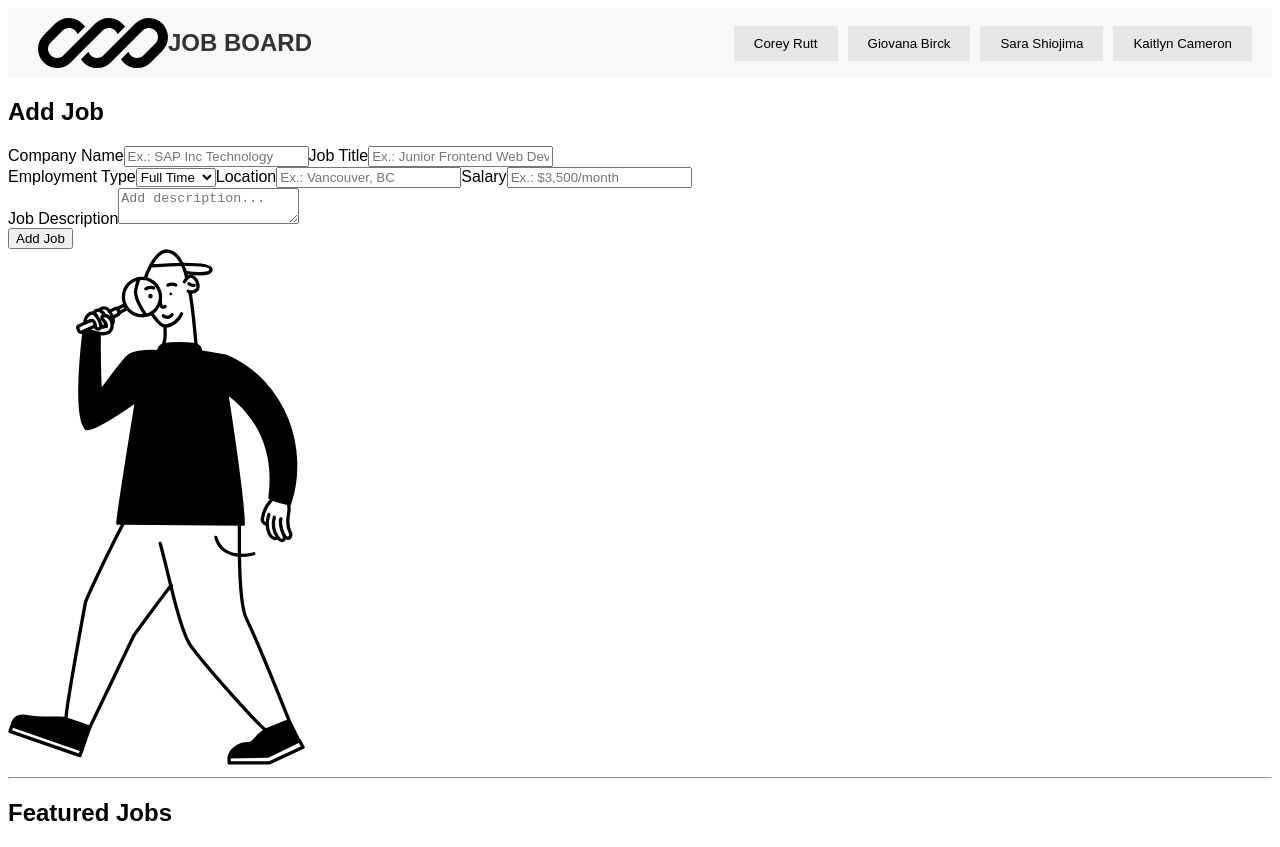
Repository: kcameron37/Final-Project-FrontEnd
Page: /
An editor plug-in stored every save of this project. The page is shown before and after the next save, followed by the edit.
The browser window is 1280 px wide. The pictures show the whole page.
The project was rebuilt for these pictures with package versions that can differ from the ones it lists, and the page was loaded fresh each time. Also part of the build but not shown: src/components/addJob.module.css.

Above is the page before, as saved 2023-11-14 20:09:28.

After the next save:
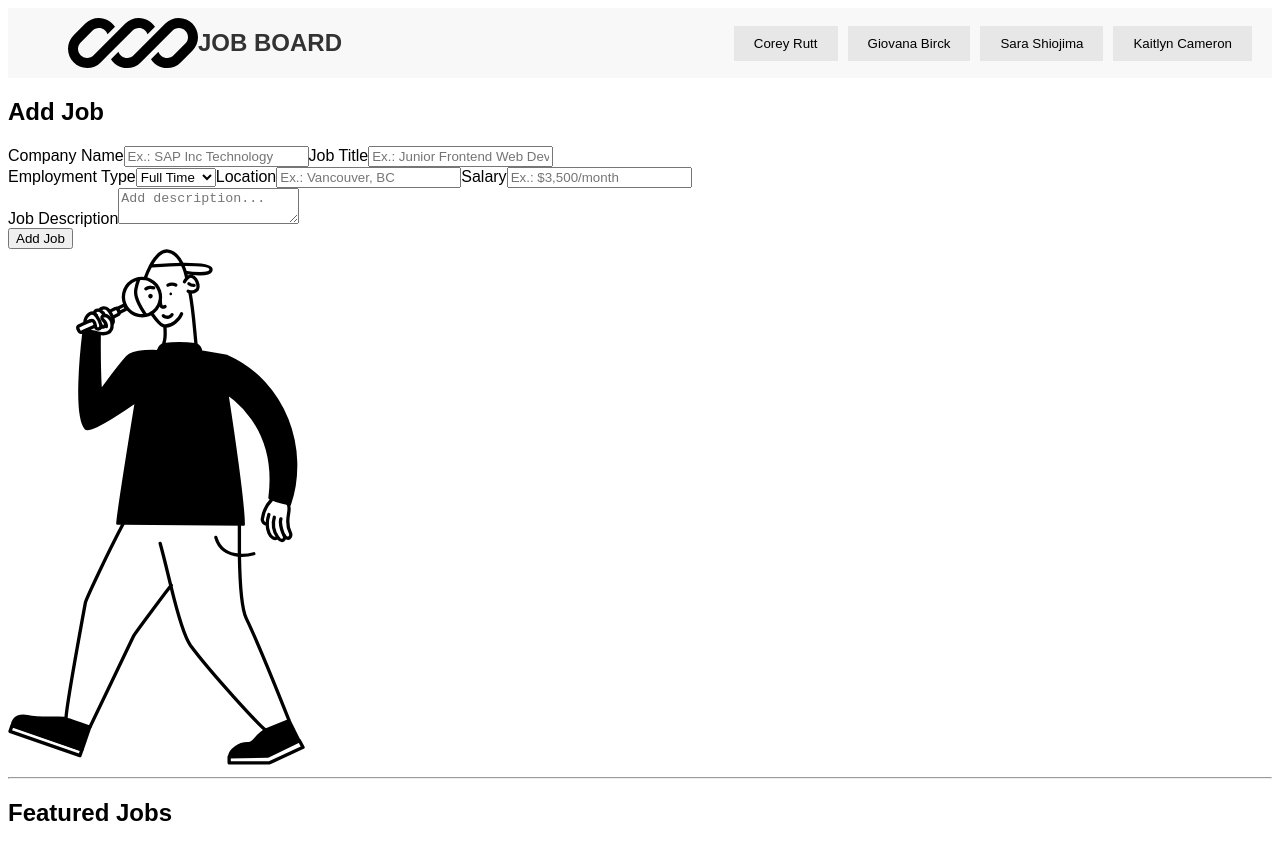
Saved 5 s later.
--- a/src/components/navBar.module.css
+++ b/src/components/navBar.module.css
@@ -33,5 +33,5 @@
 .logo{
   display: flex;
   align-items: center;
-  margin-left: 10px;
+  margin-left: 40px;
 }
